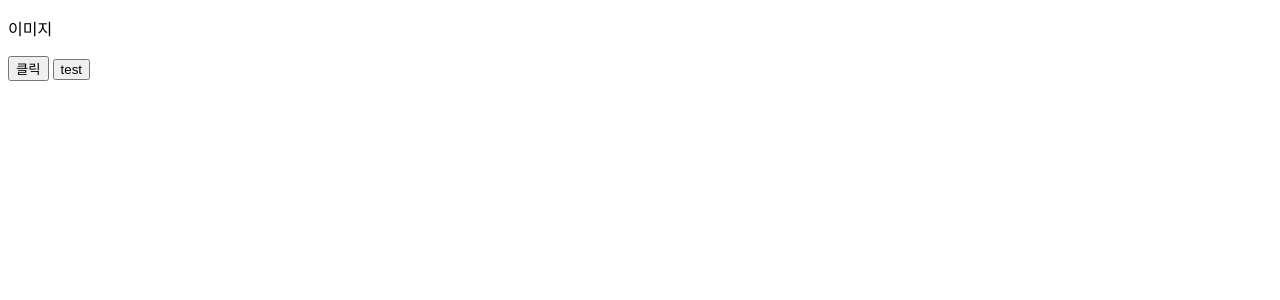
Repository: ryu1917/jsp
Page: workspace/js/ex13.html
An editor plug-in stored every save of this project. The page is shown before and after the next save, followed by the edit.
The browser window is 1280 px wide. The pictures show the whole page.

Above is the page before, as saved 2021-04-19 07:01:39.

### workspace/js/ex13.html
<!DOCTYPE html>
<html>
<head>
<meta charset="UTF-8">
<title>ex13</title>

<script src="jquery-3.6.0.min.js"></script>
<script type="text/javascript">
	/*
	$(document).ready(function(){
		$("button").click(function(){
			$("p").hide()
		})
	})
	*/
	function aaa(){
		$("p").hide()
	}
</script>
</head>
<body>
<p>이미지</p>
<button onclick="aaa()">클릭</button>
<input type="button" onclick="test()" value="test">
</body>
</html>

Loaded but not shown: workspace/js/jquery-3.6.0.min.js (library)

After the next save:
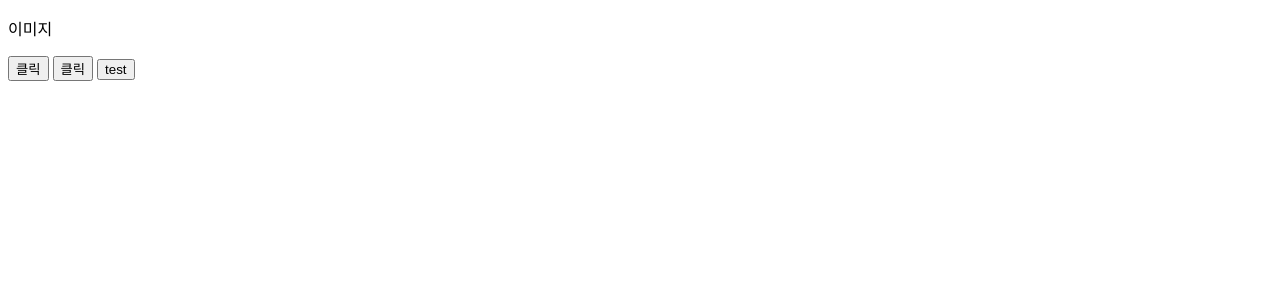
Saved 2 min 45 s later.
--- a/workspace/js/ex13.html
+++ b/workspace/js/ex13.html
@@ -15,12 +15,18 @@
 	*/
 	function aaa(){
 		$("p").hide()
+
+	}
+	function bbb(){
+		$("p").show()
+
 	}
 </script>
 </head>
 <body>
 <p>이미지</p>
 <button onclick="aaa()">클릭</button>
+<button onclick="bbb()">클릭</button>
 <input type="button" onclick="test()" value="test">
 </body>
 </html>
